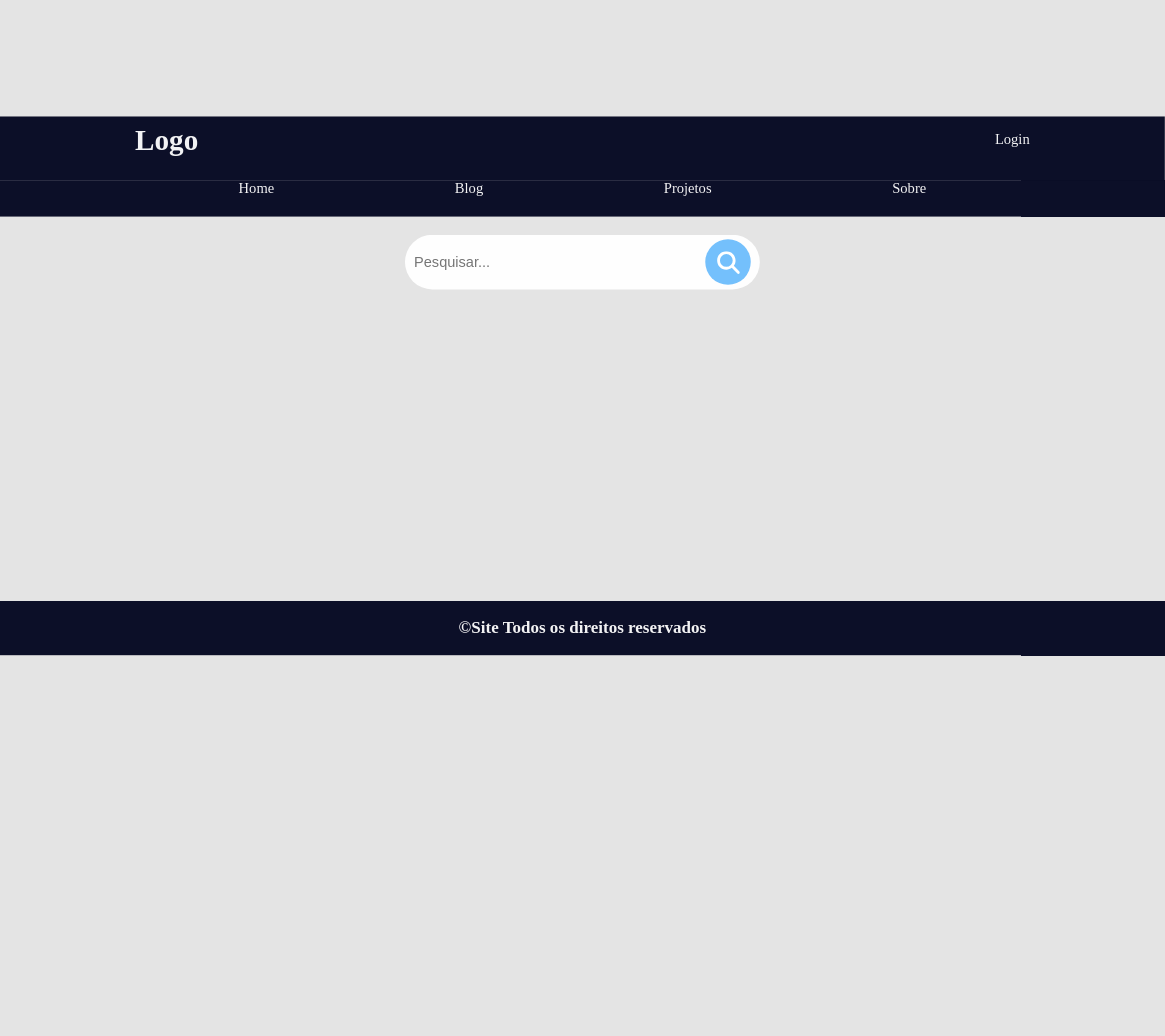
Repository: SauloMorais01/mysitefront-end
Page: src/pages/blog.html
These files come from the project's save history. The page is drawn as it stood at one moment and after the next save; the edit follows.
The browser window is 1280 px wide. The pictures show the whole page, at 91% of full size.
The pointer rests on the first visible `.search-item`.
Some web libraries are served in a nearby version.

Above is the page before, as saved 2024-11-03 14:17:08.

### src/pages/blog.html
<!DOCTYPE html>
<html lang="pt-br">
<head>
    <meta charset="UTF-8">
    <meta name="viewport" content="width=device-width, initial-scale=1.0">
    <title>Titulo - status</title>
    <link rel="stylesheet" href="../css/style.css">
    <script src="../js/utils.js"></script>
    <script src="https://kit.fontawesome.com/0869671a59.js" crossorigin="anonymous"></script>
</head>
<body>
    <div class="divisor-top" style="padding: 5%;"></div>

    <header class="primary-color hd-color-white">
        <div class="container">
            <div class="top-box flex">
                <div class="logo">
                    <a class="hd-color-white" href="/"><h1>Logo</h1></a>
                </div>
                <div class="login">
                    <a class="hd-color-white" href="/">Login</a>
                </div>
                <div class="hover-btn" id="hover-btn">
                    <i class="fa-solid fa-bars"></i>
                </div>
            </div>
        </div>
    </header>

    <section id="menu" class="sticky-top primary-color hd-color-white">
            <div class="container center">
                <a href="/">Home</a>
                <a href="./src/pages/blog.html">Blog</a>
                <a href="/">Projetos</a>
                <a href="/">Sobre</a>
            </div>
    </section>

    <section id="modal-mobile-menu" class="modal-mobile-menu hidden">
        <div class="container center">
            <div class="modal-div">
                <a class="hd-color-white" href="/">Home</a>
            </div>
            <div class="modal-div">
                <a class="hd-color-white" href="./src/pages/blog.html">Blog</a>
            </div>
           <div class="modal-div">
                <a class="hd-color-white" href="/">Projetos</a>
           </div>
            <div class="modal-div">
                <a class="hd-color-white" href="/">Sobre</a>
            </div>
        </div>
    </section>

    <div class="container">
        <div class="search-item">
            <div class="search-box">
                <input type="text" placeholder="Pesquisar..." class="search-text" name="search" id="search-text">
                <a class="search-btn">
                    <img class="btn-blue" src="../img/icone/magnifying-glass-solid.svg" width="25" height="25" alt="pesquisar">
                    <img class="btn-white" src="../img/icone/magnifying-glass-solid-white.svg" width="25" height="25" alt="pesquisar">
                </a>
            </div>
        </div>
    </div>

    <main>

    </main>

    <footer class="primary-color center">
        <h3 class="hd-color-white">&copy;<strong>Site</strong> Todos os direitos reservados</h3>
    </footer>

    <div class="divisor-bottom" style="padding: 50px;"></div>



    <script src="../js/main.js"></script>

    <script>
        app.update();
    </script>
</body>
</html>

### src/css/style.css
/* Primary configs */
:root {
    /* Colors */
    /* Bases */
    --primary-color: 234, 94%, 6%,;
    --secondary-color: 184, 86%, 66%,;
    --body-color: 0, 0%, 89%,;
    --white-color: 0, 0%, 100%,;
    --black-color: 0, 0%, 0%,;
    /* End Bases */

    /* Variations colors */
    --primary-color-normal: hsla(var(--primary-color) 0.95);
    --primary-color-medium: hsla(var(--primary-color) 0.5);
    --primary-color-light: hsla(var(--primary-color) 0.250);

    --secondary-color-normal: hsla(var(--secondary-color) 0.95);
    --secondary-color-medium: hsla(var(--secondary-color) 0.5);
    --secondary-color-light: hsla(var(--secondary-color) 0.250);

    --body-color-normal: hsla(var(--body-color) 0.95);
    --body-color-medium: hsla(var(--body-color) 0.5);
    --body-color-light: hsla(var(--body-color) 0.250);

    --black-color-normal: hsla(var(--black-color) 0.95);
    --black-color-medium: hsla(var(--black-color) 0.5);
    --black-color-light: hsla(var(--black-color) 0.250);

    --white-color-normal: hsla(var(--white-color) 0.95);
    --white-color-medium: hsla(var(--white-color) 0.5);
    --white-color-light: hsla(var(--white-color) 0.250);
    /* End variations colors */
    /* End Colors */

    /* Conf Sizes */
    --container-larger-l: 80%;
    --container-larger-m: 80%;
    --container-larger-s: 80%;
    --container-tablet: 90%;
    --container-small-d: 95%;
    --grid-width: 300px;
    --grid-height: 300px;
    /* End conf Sizes */
}

/* Global */
* {
    box-sizing: border-box;
    margin: 0;
    padding: 0;
}
/* End global */

/* pagina */
body {
    background: var(--body-color-normal);
    height: 100vh;
    width: 100vw;
}

html {
    height: 100%;
}

a {
    list-style: none;
    text-decoration: none;
}


main {
    height: 100vh;
}
header {
    z-index: 1000;
}

footer {
    height: 60px;
    position: fixed;
    bottom: 0;
    width: 100%;
    transform: translateY(0%);
    z-index: 1000;
}

footer h3 {
    padding-top: 1.2rem;
}

.modal-mobile-menu {
    height: 90vh;
    width: 90vw;
    padding-top: 20px;
    /* background: var(--white-color-normal); */
    background-image: linear-gradient(180deg, #303657, #444963);
    position: absolute;
    top: 5%;
    right: 5%;
    z-index: 1000;
    border-radius: 10px;
    border: 5px solid var(--secondary-color-normal);
    display: flex;
    flex-direction: row;
    justify-content: space-between;
}

.modal-div {
    background: var(--primary-color-light);
    margin: 10px 2.5%;
    padding: 10px;
    border-radius: 5px;
}

.modal-mobile-menu a {
    font-family: Impact, Haettenschweiler, 'Arial Narrow Bold', sans-serif;
    position: relative;
}

.menuAnimation {
    animation-duration: 0.25s;
    animation-name: menuAnim;
}

.menuAnimationRev {
    animation-duration: 0.25s;
    animation-name: menuAnimReverse;
}

.whatsapp-icon {
    position: fixed;
    bottom: 6%;
    right: 3%;
}

.whatsapp-icon img {
    width: 68px;
    height: 68px;
    animation-duration: 1s;
    animation-name: esvanecer;
    animation-iteration-count: infinite;
}

.workflow {
    margin-top: 20px;
    height: auto;
}

.workflow-title {
    margin-left: 20px;
    margin-top: 20px;
}

.box-workflow {
    text-align: center;
    height: auto;
    width: 150px;
    margin: 5px;
    background-color:var(--primary-color-medium);
    padding: 10px;
}

/* Search area */
.search-item {
    position: relative;
    display: flex;
    margin-top: 20px;
    justify-content: center;
    align-items:center;
}

.search-box {
    display: flex;
    /* width: 300px; */
    height: 60px;
    justify-content: space-between;
    align-items:center;

    background: var(--white-color-normal);
    border-radius: 40px;
    padding: 10px;
    z-index: 3;
}

.search-text {
    background: none;
    border: 0;
    outline: 0;

    padding: 0;

    transition: 0.5s;

    font-size: 16px;
    color: var(--black-color-normal);
    width: 0;
}

.search-btn {
    width: 40px;
    height: 50px;

    display: flex;
    justify-content: center;
    border-radius: 30px;
    align-items: center;
    cursor: pointer;
}

.btn-white {
    display: none;
}

.search-item:hover .search-text {
    width: 320px;
}

.search-item:hover .search-text::placeholder {
    width: 80%;
}

.search-item:hover .search-btn {
    width: 50px;
    background-color: #74C0FC;
}

.search-item:hover .search-btn .btn-blue {
    display: none;
}

.search-item:hover .search-btn .btn-white {
    display: block;
}
/* end Search area */


/* Animation */
@keyframes menuAnim {
    from {
        right: -100%;
      }

      to {
        right: 5%;
      }
}

@keyframes menuAnimReverse {
    from {
        right: 5%;
      }

      to {
        right: -100%;
      }
}

@keyframes esvanecer {
    0% {
        opacity: 100%;
      }

      50% {
        opacity: 50%;
      }

      100% {
        opacity: 100%;
      }
}

/* end pagina */

/* Utils */
.flex {
    display: flex;
}

.sticky-top {
    position: sticky;
    top: 0;
}

.center {
    text-align: center;
}

.right {
    text-align: right;
}

.left {
    text-align: left;
}

.grid-temp {
    display: flex;
    flex-direction: row;
    flex-wrap: wrap;
    /* align-items:center; */
    justify-content: center;
}

.primary-color{
    background: var(--primary-color-normal);
}

.secondary-color{
    background: var(--secondary-color-normal);
}

.hd-color-black {
    color: var(--black-color-normal);
}

.hd-color-white {
    color: var(--white-color-normal);
}

.hidden {
    display: none;
}
/* End utils */



/* Responsividade */
@media (max-width: 575.99px) {
    .container {
        margin: 0 auto;
        width: var(--container-small-d);
    }

    header {
        position: fixed;
        top: 0;
        height: 40px;
        width: 100%;
    }

    #menu {
        height: 40px;
        display:none;
    }

    #menu a {
        color: var(--white-color-normal);
        margin: 5px 2%;
        padding: 10px 5%;
    }

    #menu a:hover {
        background-color: var(--secondary-color-light);
        border-radius: 5px;
    }

    .hover-btn {
        position: absolute;
        right: 1rem;
        padding-top: 10px;
    }

    .hover-btn:hover {
        background: var(--primary-color-light);
        cursor: pointer;
    }

    .top-box {
        position: relative;
        padding-top: 2px;
    }

    .logo {
        position: absolute;
        left: 1%;
        font-size: 0.8rem;
    }

    .login {
        position: absolute;
        margin-top: 2px;
        right: 1%;
        display: none;
    }

    /* Main */
    .info-top{
        /* background: #4f0c6e; */
        height: 250px;
        background-image: linear-gradient(50deg, #2222227a, #2222227a), url(../img/freepik__generate-images-about-web-development__7459.jpeg);
        background-position: center;
        background-size: 100% 100%;
        display: flex;
        align-items: center;
        justify-content: center;
        /* background-repeat: no-repeat; */
    }

    .info-top h1 {
        font-size: 1.25rem;
    }

    .info-top p {
        text-align: center;
        font-size: 0.8rem;
        width: fit-content;
        font-size: 0.8rem;
        background: var(--primary-color-medium);
        border-radius: 5px;
        padding: 10px;
        font-family: Impact, Haettenschweiler, 'Arial Narrow Bold', sans-serif;
    }
}

@media (min-width: 576px) {
    .container {
        margin: 0 auto;
        width: var(--container-small-d);
    }

    header {
        height: 40px;
    }

    #menu {
        height: 40px;
        display:none;
    }

    #menu a {
        color: var(--white-color-normal);
        margin: 5px 2%;
        padding: 10px 5%;
    }

    #menu a:hover {
        background-color: var(--secondary-color-light);
        border-radius: 5px;
    }

    .top-box {
        position: relative;
        padding-top: 3px;
    }

    .logo {
        position: absolute;
        left: 1%;
        font-size: 0.8rem;
    }

    .login {
        position: absolute;
        margin-top: 3px;
        right: 1%;
        display: none;
    }

    .hover-btn {
        position: absolute;
        right: 1rem;
        padding-top: 10px;
    }

    .hover-btn:hover {
        background: var(--primary-color-light);
        cursor: pointer;
    }

    .top-box {
        position: relative;
        padding-top: 2px;
    }

    /* Main */
    .info-top{
        /* background: #4f0c6e; */
        height: 250px;
        background-image: linear-gradient(50deg, #2222227a, #2222227a), url(../img/freepik__generate-images-about-web-development__7459.jpeg);
        background-position: center;
        background-size: 100% 100%;
        display: flex;
        align-items: center;
        justify-content: center;
        /* background-repeat: no-repeat; */
    }

    .info-top h1 {
        font-size: 1.25rem;
    }

    .info-top p {
        text-align: center;
        width: fit-content;
        font-size: 0.8rem;
        background: var(--primary-color-medium);
        border-radius: 5px;
        padding: 10px;
    }
}

/* Medium devices (tablets, 768px and up) */
@media (min-width: 768px) {
    .container {
        margin: 0 auto;
        width: var(--container-tablet);
    }

    header {
        height: 50px;
    }

    #menu {
        height: 40px;
        display:none;
    }

    #menu a {
        color: var(--white-color-normal);
        margin: 5px 3%;
        padding: 10px 5%;
    }

    #menu a:hover {
        background-color: var(--secondary-color-light);
        border-radius: 5px;
    }

    .top-box {
        position: relative;
        padding-top: 6px;
    }

    .logo {
        position: absolute;
        left: 2%;
        font-size: 1rem;
    }

    .login {
        position: absolute;
        margin-top: 6px;
        right: 2%;
        display: none;
    }

    .hover-btn {
        position: absolute;
        right: 1rem;
        padding-top: 10px;
    }

    .hover-btn:hover {
        background: var(--primary-color-light);
        cursor: pointer;
    }

    .top-box {
        position: relative;
        padding-top: 2px;
    }

    /* Main */
    .info-top{
        /* background: #4f0c6e; */
        height: 300px;
        background-image: linear-gradient(50deg, #2222227a, #2222227a), url(../img/freepik__generate-images-about-web-development__7459.jpeg);
        background-position: center;
        background-size: 100% 100%;
        display: flex;
        align-items: center;
        justify-content: center;
        /* background-repeat: no-repeat; */
    }

    .info-top h1 {
        font-size: 1.5rem;
    }

    .info-top p {
        margin: 10px;
        font-size: 1.0rem;
    }
}

/* Large devices (desktops, 992px and up) */
@media (min-width: 992px) {
    .container {
        margin: 0 auto;
        width: var(--container-larger-s);
    }

    header {
        height: 60px;
    }

    #menu {
        height: 40px;
        display: block;
    }

    #menu a {
        color: var(--white-color-normal);
        margin: 5px 4%;
        padding: 10px 5%;
    }

    #menu a:hover {
        background-color: var(--secondary-color-light);
        border-radius: 5px;
    }

    .top-box {
        position: relative;
        padding-top: 8px;
    }

    .logo {
        position: absolute;
        left: 2%;
    }

    .login {
        position: absolute;
        margin-top: 8px;
        right: 2%;
        display: block;
    }

    .hover-btn {
        position: absolute;
        right: 1rem;
        padding-top: 10px;
        display: none;
        padding: 10px;
    }

    .hover-btn:hover {
        background: var(--primary-color-light);
        cursor: pointer;
    }


    /* Main */
    .info-top{
        /* background: #4f0c6e; */
        height: 350px;
        background-image: linear-gradient(50deg, #2222227a, #2222227a), url(../img/freepik__generate-images-about-web-development__7459.jpeg);
        background-position: center;
        background-size: 100% 100%;
        display: flex;
        align-items: center;
        justify-content: center;
        /* background-repeat: no-repeat; */
    }

    .info-top h1 {
        font-size: 2.0rem;
    }

    .info-top p {
        font-size: 1.0rem;
    }
}

/* X-Large devices (large desktops, 1200px and up) */
@media (min-width: 1200px) {
    .container {
        margin: 0 auto;
        width: var(--container-larger-m);
    }

    header {
        height: 70px;
    }

    #menu {
        height: 40px;
        display: block;
    }

    #menu a {
        color: var(--white-color-normal);
        margin: 5px 4.5%;
        padding: 10px 5%;
    }

    #menu a:hover {
        background-color: var(--secondary-color-light);
        border-radius: 5px;
    }

    .top-box {
        position: relative;
        padding-top: 8px;
    }

    .logo {
        position: absolute;
        left: 2%;
    }

    .login {
        position: absolute;
        margin-top: 8px;
        right: 2%;
    }

    /* Main */
    .info-top{
        /* background: #4f0c6e; */
        height: 400px;
        background-image: linear-gradient(50deg, #2222227a, #2222227a), url(../img/freepik__generate-images-about-web-development__7459.jpeg);
        background-position: center;
        background-size: 100% 100%;
        display: flex;
        align-items: center;
        justify-content: center;
        /* background-repeat: no-repeat; */
    }

    .info-top h1 {
        font-size: 2.5rem;
    }

    .info-top p {
        font-size: 1.5rem;
    }
}

/* XX-Large devices (larger desktops, 1400px and up) */
@media (min-width: 1400px) {
    .container {
        margin: 0 auto;
        width: var(--container-larger-l);
    }

    header {
        height: 75px;
    }

    #menu {
        height: 40px;
        display: block;
    }

    #menu a {
        color: var(--white-color-normal);
        margin: 5px 5%;
        padding: 10px 5%;
        font-family: 'Trebuchet MS', 'Lucida Sans Unicode', 'Lucida Grande', 'Lucida Sans', Arial, sans-serif;
        font-weight: bold;
    }

    #menu a:hover {
        background-color: var(--secondary-color-light);
        border-radius: 5px;
    }

    .top-box {
        position: relative;
        padding-top: 10px;
    }

    .logo {
        position: absolute;
        left: 2%;
    }

    .login {
        position: absolute;
        margin-top: 10px;
        right: 2%;
    }

    /* Main */
    .info-top{
        /* background: #4f0c6e; */
        height: 400px;
        background-image: linear-gradient(50deg, #2222227a, #2222227a), url(../img/freepik__generate-images-about-web-development__7459.jpeg);
        background-position: center;
        background-size: 100% 100%;
        display: flex;
        align-items: center;
        justify-content: center;
        /* background-repeat: no-repeat; */
    }

    .info-top h1 {
        font-size: 2.5rem;
        font-family: monospace;
    }

    .info-top p {
        font-size: 1.5rem;
        font-family: Impact, Haettenschweiler, 'Arial Narrow Bold', sans-serif;
    }
}
/* End responsividade */

### src/js/main.js
class Main {
    constructor() {
        this.btnMenu = document.getElementById('hover-btn');
        this.hoverMenu = document.getElementById('modal-mobile-menu');
        this.menuController = new MenuController(this.btnMenu, this.hoverMenu);
    }

    /**
     * @param {HTMLElement} root
     */
    set btnMenu(root) {
        return this._menuBtn = root;
    }

    /**
     * @returns {HTMLElement} btnMenu
     */
    get btnMenu() {
        return this._menuBtn
    }

    /**
     * @param {HTMLElement} root
     */
    set hoverMenu(root) {
        return this._hoverMenu = root;
    }

    /**
     * @returns {HTMLElement} hoverMenu
     */
    get hoverMenu() {
        return this._hoverMenu
    }


    update() {
        this.menuController.showMenu();
    }
}


const app = new Main();

Loaded but not shown: src/js/utils.js (58 lines, source omitted)

After the next save:
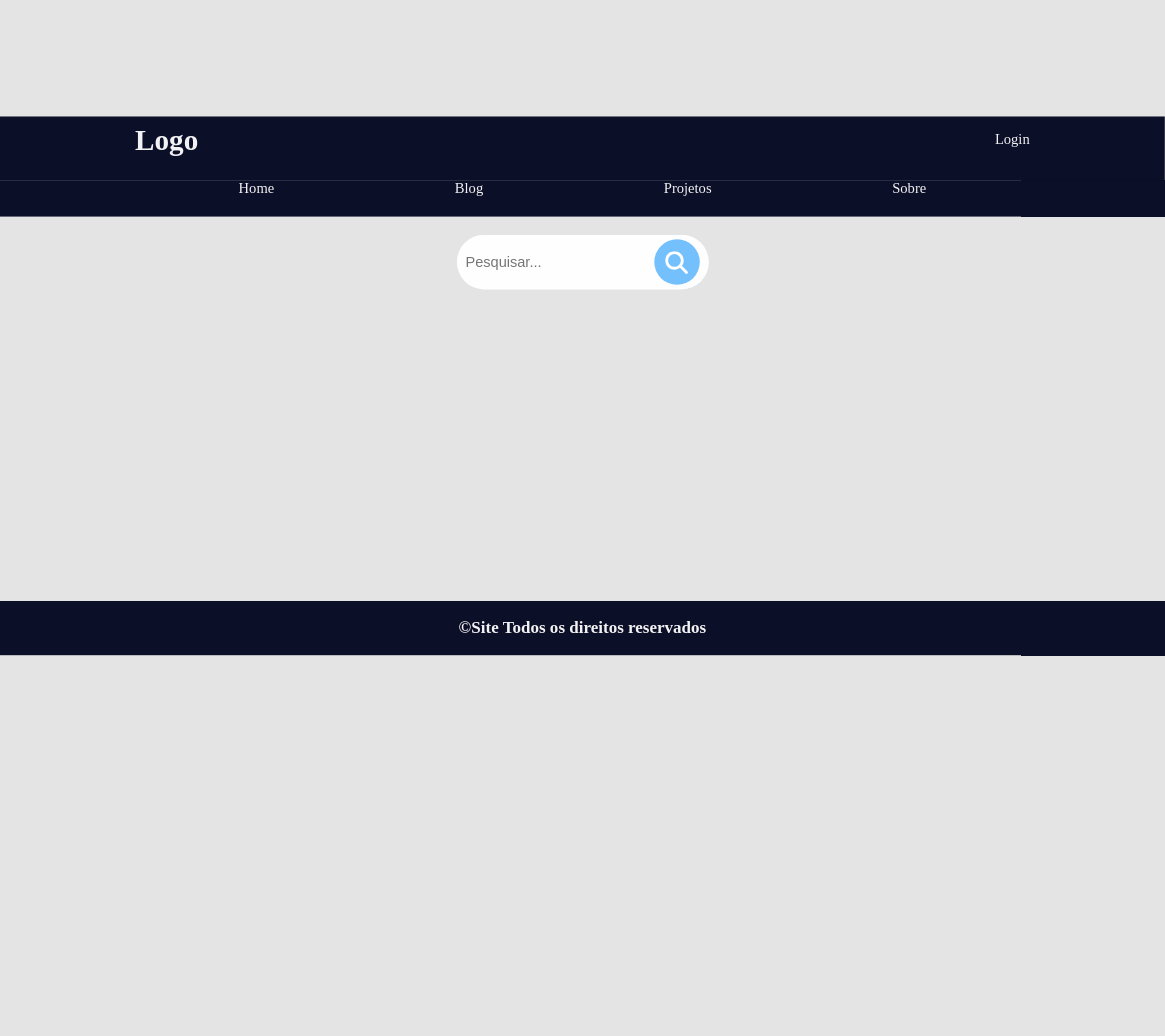
Saved 37 s later.
--- a/src/css/style.css
+++ b/src/css/style.css
@@ -212,10 +212,6 @@
 }
 
 .search-item:hover .search-text {
-    width: 320px;
-}
-
-.search-item:hover .search-text::placeholder {
     width: 80%;
 }
 

After the 3 saves that followed:
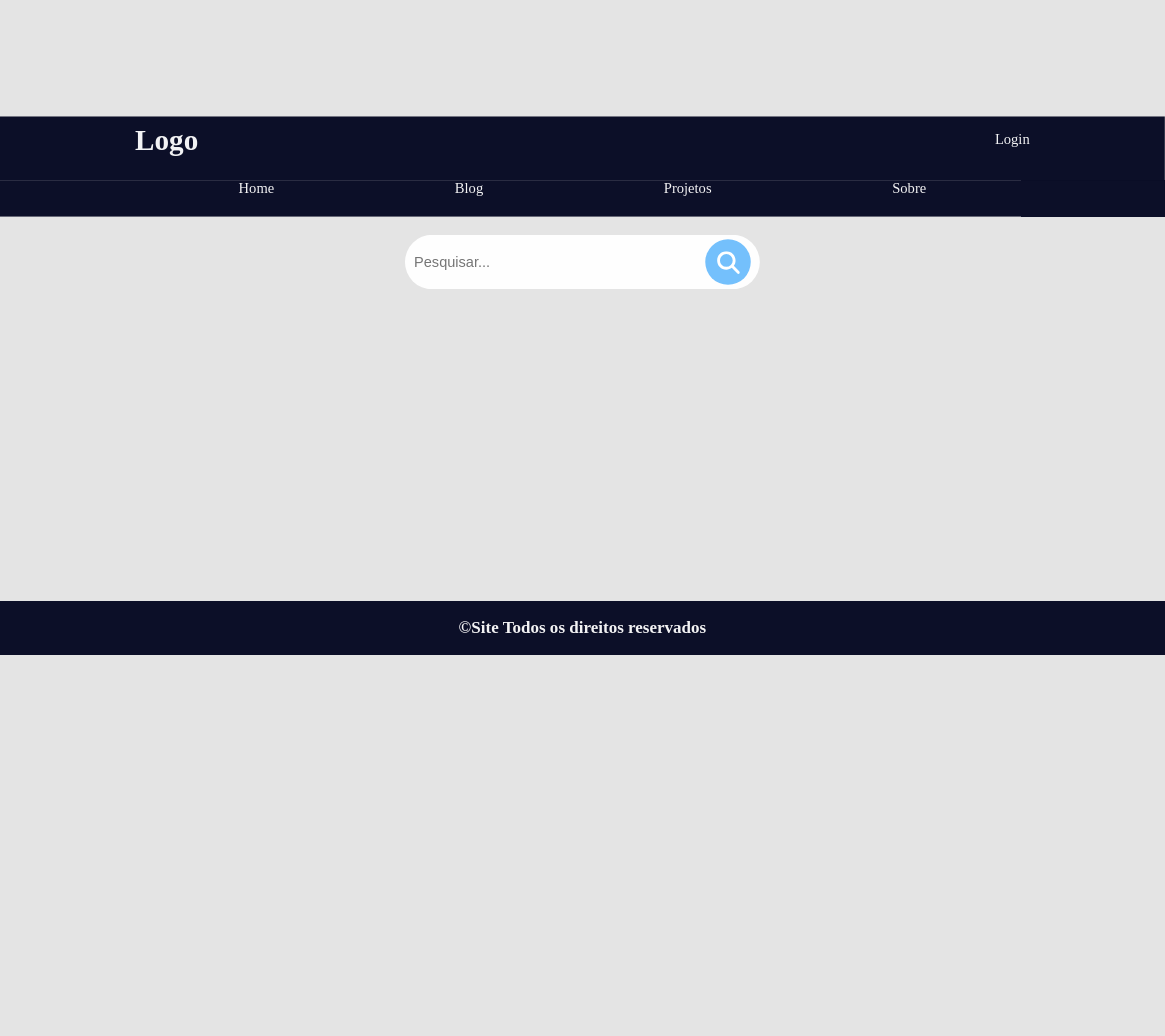
The 3 saves are shown as one change because they came seconds apart.
The last was saved 27 s later.
--- a/src/css/style.css
+++ b/src/css/style.css
@@ -212,7 +212,7 @@
 }
 
 .search-item:hover .search-text {
-    width: 80%;
+    width: 320px;
 }
 
 .search-item:hover .search-btn {
